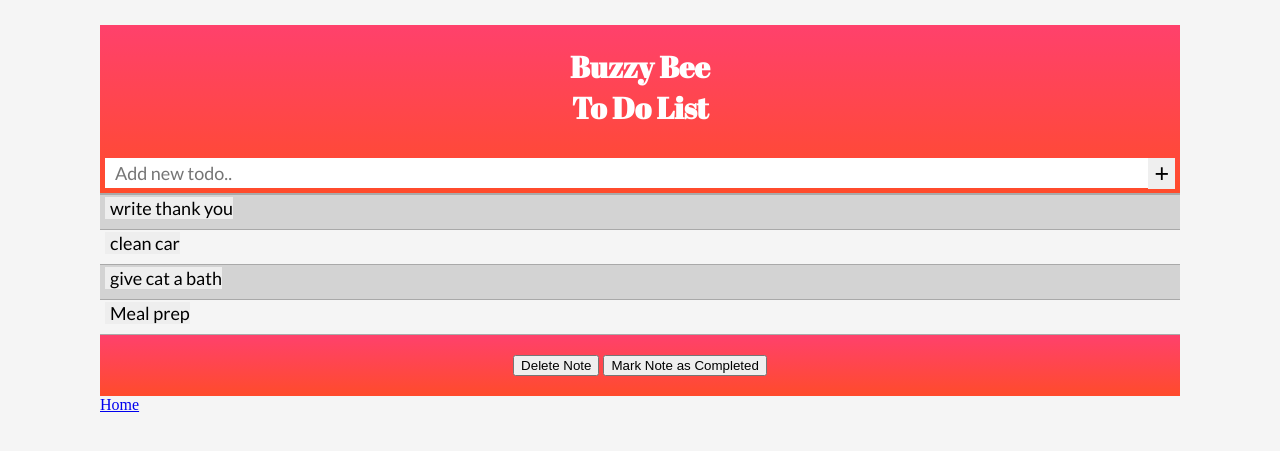
Repository: seleniadelgado/backend-spring2020-angie
Page: projects/todo/public_html/index.html
An editor plug-in stored every save of this project. The page is shown before and after the next save, followed by the edit.
The browser window is 1280 px wide. The pictures show the whole page.
The page's requests for data from a server got no answer.

Above is the page before, as saved 2020-05-13 16:49:01.

After the next save:
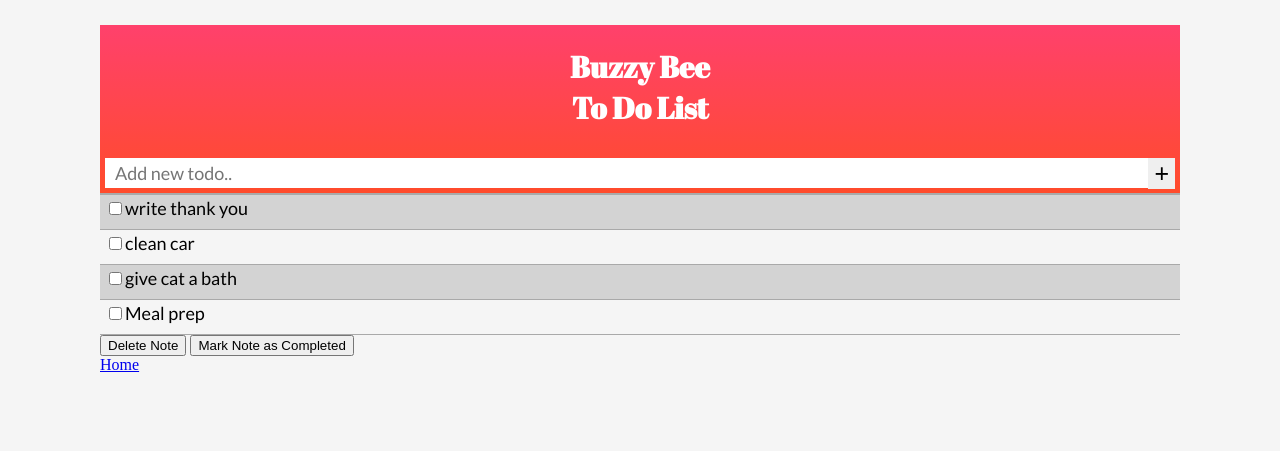
Saved 38 s later.
--- a/projects/todo/public_html/styles.css
+++ b/projects/todo/public_html/styles.css
@@ -90,7 +90,9 @@ body {
     background-color: #f2a4b9;
     border-radius: 130px;
   }
-
+/* When the checkbox is checked, add a blue background */
+.container input:checked ~ .checkmark {
+    background-color: #2196F3;
 /* Hide the browser's default checkbox */
 .container input {
     position: absolute;
@@ -100,9 +102,7 @@ body {
     width: 0;
   }
   /* Create a custom checkbox */
-.checkmark {
-    background-color: #eee;
-  }
+
 
 .checkmark {
     padding-left: 5px;
